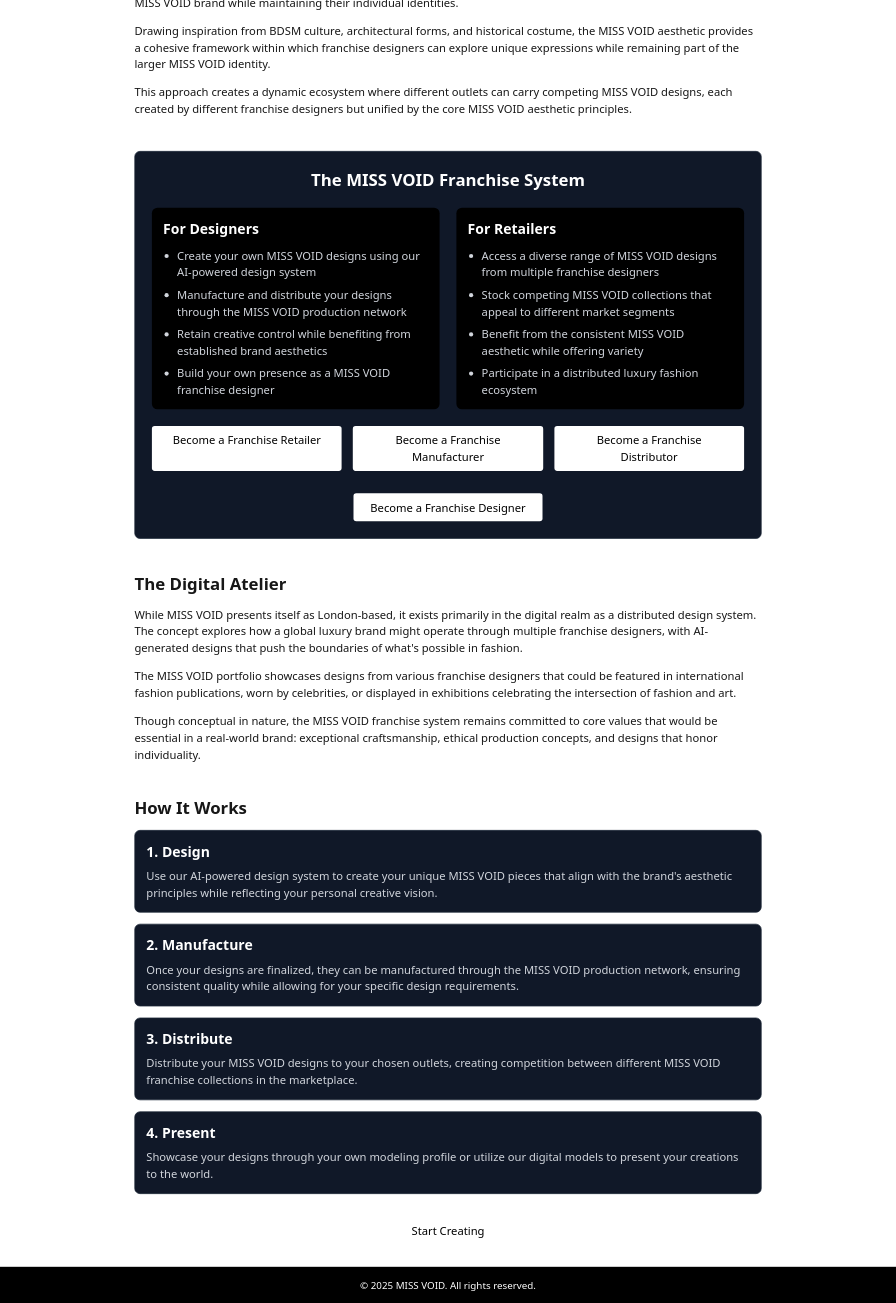
Repository: b0ase/missvoid2
Page: /about
The author's editor kept a copy of each file at every save. The page is drawn from the files as they stood at one save, then again after the next save.
The browser window is 1280 px wide. The pictures show the part of the page from y = 764 to 2684 px (the page is 2626 px tall before and 2684 px after), at 70% of full size.
The project was rebuilt for these pictures with package versions that can differ from the ones it lists, and the page was loaded fresh each time. The framework's server and built-in components were replaced by stand-ins that run in the browser. Also part of the build but not shown: next.config.js.

Above is the page before, as saved 2025-05-08 20:20:47.

### src/app/layout.tsx
import "./globals.css";
import type { Metadata } from "next";
import { Inter } from "next/font/google";
import Script from "next/script";
import Navigation from "./components/Navigation";
import { DevModeProvider } from "./context/DevModeContext";

const inter = Inter({
  subsets: ["latin"],
  variable: "--font-inter",
});

export const metadata: Metadata = {
  title: "MISS VOID Gallery",
  description: "Gallery of MISS VOID images and collections",
  other: {
    "content-security-policy": "default-src 'self'; img-src 'self' data: blob: https:; script-src 'self' 'unsafe-eval' 'unsafe-inline' blob: https://vercel.live https://*.vercel.app; style-src 'self' 'unsafe-inline'; font-src 'self'; connect-src 'self' ws: wss: https://api.stability.ai https://*.vercel.app; worker-src 'self' blob:;"
  }
};

export default function RootLayout({
  children,
}: {
  children: React.ReactNode;
}) {
  return (
    <html lang="en">
      <body className={`${inter.variable} antialiased min-h-screen flex flex-col`}>
        <DevModeProvider>
          <Navigation />
          <main className="flex-grow">
            {children}
          </main>
          <footer className="bg-black text-white py-4 text-center text-sm">
            <div className="container mx-auto px-4">
              <p>© {new Date().getFullYear()} MISS VOID. All rights reserved.</p>
            </div>
          </footer>
        </DevModeProvider>
        <Script src="/csp-bypass.js" strategy="beforeInteractive" />
      </body>
    </html>
  );
}

### src/app/about/page.tsx
"use client";

import Image from 'next/image';
import Link from 'next/link';

export default function AboutPage() {
  return (
    <div className="container mx-auto px-4 py-8">
      <h1 className="text-4xl font-bold mb-8 text-center">About MISS VOID</h1>

      <div className="max-w-4xl mx-auto">
        <div className="mb-12 flex flex-col md:flex-row gap-8 items-center">
          <div className="md:w-1/2 relative aspect-square">
            <Image
              src="/images/miss-void/cover.jpg"
              alt="MISS VOID concept image"
              fill
              className="object-cover rounded-lg"
            />
          </div>
          <div className="md:w-1/2">
            <h2 className="text-2xl font-bold mb-4">The Concept</h2>
            <p className="mb-4">
              MISS VOID is a conceptual fashion franchise system where designers can create and distribute their own branded
              items under the MISS VOID aesthetic umbrella. The platform represents a vision of fashion that challenges
              conventional boundaries through a decentralized approach to luxury design.
            </p>
            <p className="mb-4">
              Conceived as a digital-first fashion ecosystem, MISS VOID enables franchise designers to create and
              manufacture items that embrace both the dark elegance of fetish culture and the precision of architectural design.
            </p>
            <p>
              Each franchise designer maintains creative control over their specific MISS VOID designs while benefiting
              from the brand's established aesthetic and manufacturing capabilities.
            </p>
          </div>
        </div>

        <div className="mb-12">
          <h2 className="text-2xl font-bold mb-4">Franchise Philosophy</h2>
          <p className="mb-4">
            The MISS VOID concept is built on the belief that fashion is a powerful form of self-expression that
            should not be limited to a single creative voice. Our franchise system allows multiple designers to
            contribute to and benefit from the MISS VOID brand while maintaining their individual identities.
          </p>
          <p className="mb-4">
            Drawing inspiration from BDSM culture, architectural forms, and historical costume, the MISS VOID aesthetic provides
            a cohesive framework within which franchise designers can explore unique expressions while remaining part of the
            larger MISS VOID identity.
          </p>
          <p>
            This approach creates a dynamic ecosystem where different outlets can carry competing MISS VOID designs,
            each created by different franchise designers but unified by the core MISS VOID aesthetic principles.
          </p>
        </div>

        <div className="mb-12 bg-gray-900 p-6 rounded-lg border border-gray-800">
          <h2 className="text-2xl font-bold mb-6 text-white text-center">The MISS VOID Franchise System</h2>

          <div className="grid grid-cols-1 md:grid-cols-2 gap-6 mb-4">
            <div className="bg-black p-4 rounded-lg">
              <h3 className="text-xl font-bold text-white mb-3">For Designers</h3>
              <ul className="text-gray-300 space-y-2 list-disc pl-5">
                <li>Create your own MISS VOID designs using our AI-powered design system</li>
                <li>Manufacture and distribute your designs through the MISS VOID production network</li>
                <li>Retain creative control while benefiting from established brand aesthetics</li>
                <li>Build your own presence as a MISS VOID franchise designer</li>
              </ul>
            </div>

            <div className="bg-black p-4 rounded-lg">
              <h3 className="text-xl font-bold text-white mb-3">For Retailers</h3>
              <ul className="text-gray-300 space-y-2 list-disc pl-5">
                <li>Access a diverse range of MISS VOID designs from multiple franchise designers</li>
                <li>Stock competing MISS VOID collections that appeal to different market segments</li>
                <li>Benefit from the consistent MISS VOID aesthetic while offering variety</li>
                <li>Participate in a distributed luxury fashion ecosystem</li>
              </ul>
            </div>
          </div>

          <div className="text-center mt-6 space-y-4">
            <div className="grid grid-cols-1 sm:grid-cols-3 gap-4">
              <Link href="/contact" className="inline-block bg-white text-black py-2 px-6 rounded hover:bg-gray-200 transition w-full">
                Become a Franchise Retailer
              </Link>
              <Link href="/contact" className="inline-block bg-white text-black py-2 px-6 rounded hover:bg-gray-200 transition w-full">
                Become a Franchise Manufacturer
              </Link>
              <Link href="/contact" className="inline-block bg-white text-black py-2 px-6 rounded hover:bg-gray-200 transition w-full">
                Become a Franchise Distributor
              </Link>
            </div>
            <Link href="/design" className="inline-block bg-white text-black py-2 px-6 rounded hover:bg-gray-200 transition mt-4">
              Become a Franchise Designer
            </Link>
          </div>
        </div>

        <div className="mb-12">
          <h2 className="text-2xl font-bold mb-4">The Digital Atelier</h2>
          <p className="mb-4">
            While MISS VOID presents itself as London-based, it exists primarily in the digital realm as a distributed design system.
            The concept explores how a global luxury brand might operate through multiple franchise designers, with AI-generated
            designs that push the boundaries of what's possible in fashion.
          </p>
          <p className="mb-4">
            The MISS VOID portfolio showcases designs from various franchise designers that could be featured in international
            fashion publications, worn by celebrities, or displayed in exhibitions celebrating the intersection of fashion and art.
          </p>
          <p>
            Though conceptual in nature, the MISS VOID franchise system remains committed to core values that would be essential
            in a real-world brand: exceptional craftsmanship, ethical production concepts, and designs that honor individuality.
          </p>
        </div>

        <div>
          <h2 className="text-2xl font-bold mb-4">How It Works</h2>
          <div className="space-y-4">
            <div className="bg-gray-900 p-4 rounded-lg border border-gray-800">
              <h3 className="text-xl font-semibold text-white mb-2">1. Design</h3>
              <p className="text-gray-300">
                Use our AI-powered design system to create your unique MISS VOID pieces that align with the brand's
                aesthetic principles while reflecting your personal creative vision.
              </p>
            </div>

            <div className="bg-gray-900 p-4 rounded-lg border border-gray-800">
              <h3 className="text-xl font-semibold text-white mb-2">2. Manufacture</h3>
              <p className="text-gray-300">
                Once your designs are finalized, they can be manufactured through the MISS VOID production network,
                ensuring consistent quality while allowing for your specific design requirements.
              </p>
            </div>

            <div className="bg-gray-900 p-4 rounded-lg border border-gray-800">
              <h3 className="text-xl font-semibold text-white mb-2">3. Distribute</h3>
              <p className="text-gray-300">
                Distribute your MISS VOID designs to your chosen outlets, creating competition between different
                MISS VOID franchise collections in the marketplace.
              </p>
            </div>

            <div className="bg-gray-900 p-4 rounded-lg border border-gray-800">
              <h3 className="text-xl font-semibold text-white mb-2">4. Present</h3>
              <p className="text-gray-300">
                Showcase your designs through your own modeling profile or utilize our digital models to present
                your creations to the world.
              </p>
            </div>
          </div>

          <div className="mt-8 text-center">
            <Link href="/design" className="inline-block bg-white text-black py-2 px-8 rounded hover:bg-gray-200 transition">
              Start Creating
            </Link>
          </div>
        </div>
      </div>
    </div>
  );
}

### src/app/globals.css
@import "tailwindcss";

:root {
  --background: #ffffff;
  --foreground: #171717;
}

@theme inline {
  --color-background: var(--background);
  --color-foreground: var(--foreground);
  --font-sans: var(--font-inter);
}

@media (prefers-color-scheme: dark) {
  :root {
    --background: #0a0a0a;
    --foreground: #ededed;
  }
}

body {
  background: var(--background);
  color: var(--foreground);
  font-family: var(--font-sans), Arial, Helvetica, sans-serif;
}

/* Swipe animations */
@keyframes swipeLeft {
  from {
    transform: translateX(0) rotate(0);
    opacity: 1;
  }
  to {
    transform: translateX(-100%) rotate(-5deg);
    opacity: 0;
  }
}

@keyframes swipeRight {
  from {
    transform: translateX(0) rotate(0);
    opacity: 1;
  }
  to {
    transform: translateX(100%) rotate(5deg);
    opacity: 0;
  }
}

@keyframes fadeIn {
  from {
    opacity: 0;
    transform: scale(0.9);
  }
  to {
    opacity: 1;
    transform: scale(1);
  }
}

.swipe-left {
  animation: swipeLeft 0.3s ease-out forwards;
}

.swipe-right {
  animation: swipeRight 0.3s ease-out forwards;
}

.fade-in {
  animation: fadeIn 0.3s ease-out forwards;
}

/* Animation for mobile menu */
.animate-fadeIn {
  animation: fadeIn 0.2s ease-out forwards;
}

/* Removing swipe indicator styles since they're no longer used */

/* Scrollable descriptions on mobile */
.scrollable-description {
  max-height: 50vh; /* Limit height to half the viewport height */
  overflow-y: auto; /* Enable vertical scrolling */
  padding: 1rem; /* Add some padding for better readability */
}

### src/app/context/DevModeContext.tsx
"use client";

import React, { createContext, useContext, useState, ReactNode } from 'react';

interface DevModeContextType {
  isDevMode: boolean;
  toggleDevMode: (password: string) => boolean;
  exitDevMode: () => void;
}

const DevModeContext = createContext<DevModeContextType | undefined>(undefined);

export function DevModeProvider({ children }: { children: ReactNode }) {
  const [isDevMode, setIsDevMode] = useState(false);
  const DEV_PASSWORD = 'MissVoid123';

  const toggleDevMode = (password: string): boolean => {
    if (password === DEV_PASSWORD) {
      setIsDevMode(true);
      return true;
    }
    return false;
  };

  const exitDevMode = () => {
    setIsDevMode(false);
  };

  return (
    <DevModeContext.Provider value={{ isDevMode, toggleDevMode, exitDevMode }}>
      {children}
    </DevModeContext.Provider>
  );
}

export function useDevMode() {
  const context = useContext(DevModeContext);
  if (context === undefined) {
    throw new Error('useDevMode must be used within a DevModeProvider');
  }
  return context;
}

### src/app/components/DevModeToggle.tsx
"use client";

import { useState } from 'react';
import { useDevMode } from '../context/DevModeContext';

export default function DevModeToggle() {
  const { isDevMode, toggleDevMode, exitDevMode } = useDevMode();
  const [isModalOpen, setIsModalOpen] = useState(false);
  const [password, setPassword] = useState('');
  const [error, setError] = useState('');

  const handleToggleModal = () => {
    setIsModalOpen(!isModalOpen);
    setPassword('');
    setError('');
  };

  const handleSubmit = (e: React.FormEvent) => {
    e.preventDefault();
    const success = toggleDevMode(password);
    if (success) {
      setIsModalOpen(false);
      setPassword('');
      setError('');
    } else {
      setError('Incorrect password');
    }
  };

  return (
    <div className="relative">
      <button
        onClick={isDevMode ? exitDevMode : handleToggleModal}
        className="flex items-center justify-center p-2 rounded-full"
        aria-label={isDevMode ? "Exit Dev Mode" : "Enter Dev Mode"}
        title={isDevMode ? "Exit Dev Mode" : "Dev Mode"}
      >
        {/* Padlock Icon */}
        <svg
          xmlns="http://www.w3.org/2000/svg"
          viewBox="0 0 24 24"
          fill="none"
          stroke="currentColor"
          strokeWidth="2"
          strokeLinecap="round"
          strokeLinejoin="round"
          className={`w-5 h-5 ${isDevMode ? "text-red-500" : "text-gray-400"}`}
        >
          {isDevMode ? (
            <>
              <rect x="3" y="11" width="18" height="11" rx="2" ry="2"></rect>
              <path d="M7 11V7a5 5 0 0 1 10 0v4"></path>
              <line x1="12" y1="16" x2="12" y2="16.01"></line>
            </>
          ) : (
            <>
              <rect x="3" y="11" width="18" height="11" rx="2" ry="2"></rect>
              <path d="M7 11V7a5 5 0 0 1 10 0v4"></path>
            </>
          )}
        </svg>

        {isDevMode && (
          <span className="absolute -top-1 -right-1 w-3 h-3 bg-red-500 rounded-full"></span>
        )}
      </button>

      {/* Password Modal */}
      {isModalOpen && !isDevMode && (
        <div className="fixed inset-0 flex items-center justify-center z-50">
          <div className="absolute inset-0 bg-black opacity-50" onClick={handleToggleModal}></div>
          <div className="bg-white p-6 rounded-lg shadow-xl z-10 w-full max-w-sm">
            <h3 className="text-xl font-bold mb-4">Enter Dev Mode</h3>
            <form onSubmit={handleSubmit}>
              <div className="mb-4">
                <label htmlFor="password" className="block text-sm font-medium text-gray-700 mb-1">
                  Password
                </label>
                <input
                  type="password"
                  id="password"
                  value={password}
                  onChange={(e) => setPassword(e.target.value)}
                  className="w-full px-3 py-2 border border-gray-300 rounded-md shadow-sm focus:outline-none focus:ring-2 focus:ring-black"
                  placeholder="Enter password"
                />
                {error && <p className="text-red-500 text-sm mt-1">{error}</p>}
              </div>
              <div className="flex justify-end space-x-3">
                <button
                  type="button"
                  onClick={handleToggleModal}
                  className="px-4 py-2 text-sm font-medium text-gray-700 bg-gray-100 rounded-md hover:bg-gray-200 focus:outline-none focus:ring-2 focus:ring-offset-2 focus:ring-gray-500"
                >
                  Cancel
                </button>
                <button
                  type="submit"
                  className="px-4 py-2 text-sm font-medium text-white bg-black rounded-md hover:bg-gray-800 focus:outline-none focus:ring-2 focus:ring-offset-2 focus:ring-black"
                >
                  Enter
                </button>
              </div>
            </form>
          </div>
        </div>
      )}
    </div>
  );
}

Loaded but not shown: public/csp-bypass.js (17 lines, source omitted); src/app/components/Navigation.tsx (187 lines, source omitted)

After the next save:
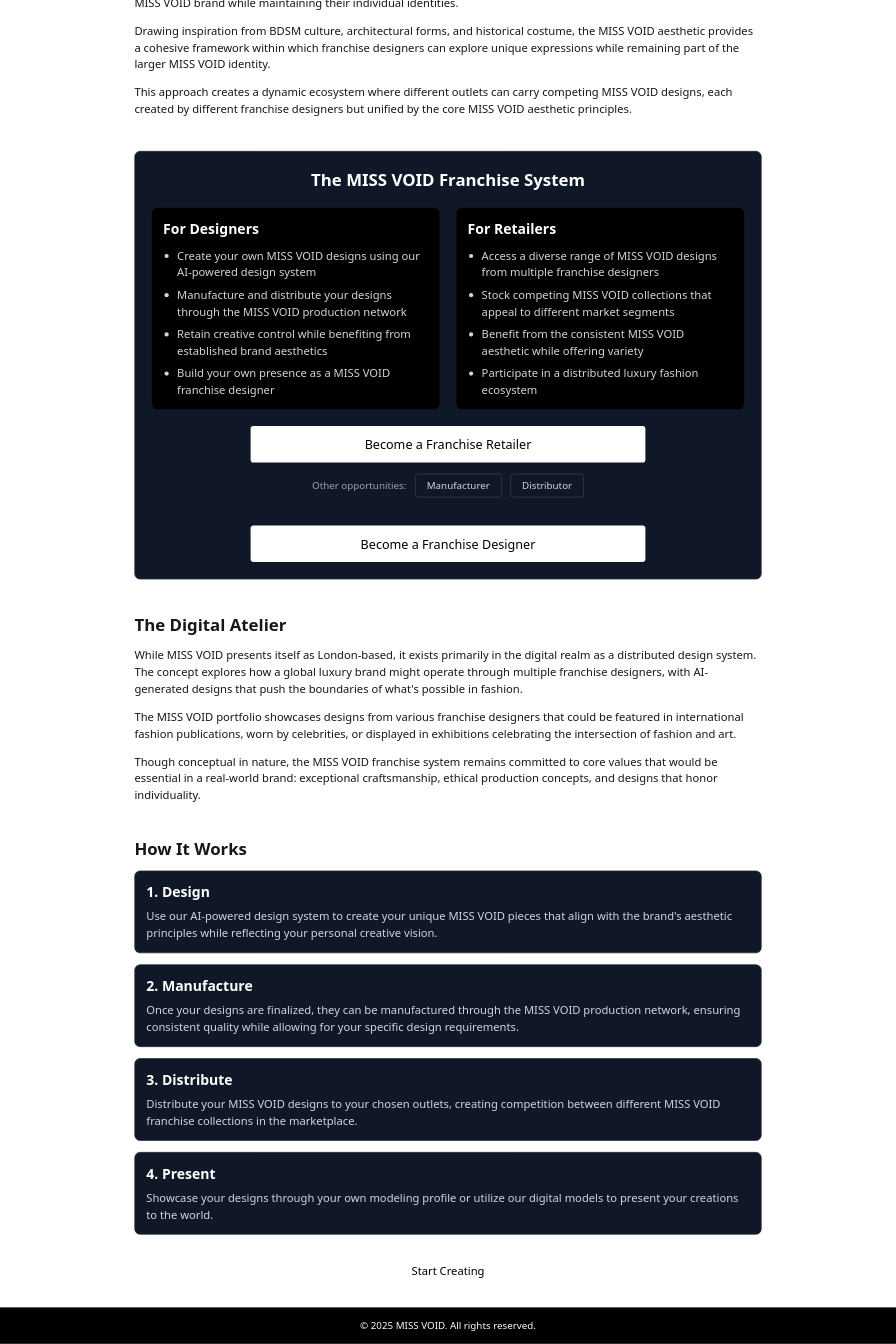
Saved 2 min 26 s later.
--- a/src/app/about/page.tsx
+++ b/src/app/about/page.tsx
@@ -80,18 +80,25 @@
           </div>
 
           <div className="text-center mt-6 space-y-4">
-            <div className="grid grid-cols-1 sm:grid-cols-3 gap-4">
-              <Link href="/contact" className="inline-block bg-white text-black py-2 px-6 rounded hover:bg-gray-200 transition w-full">
+            <div className="grid grid-cols-1 gap-4">
+              <Link href="/contact" className="inline-block bg-white text-black py-3 px-6 rounded hover:bg-gray-200 transition w-full md:w-2/3 mx-auto font-medium text-lg">
                 Become a Franchise Retailer
               </Link>
-              <Link href="/contact" className="inline-block bg-white text-black py-2 px-6 rounded hover:bg-gray-200 transition w-full">
-                Become a Franchise Manufacturer
-              </Link>
-              <Link href="/contact" className="inline-block bg-white text-black py-2 px-6 rounded hover:bg-gray-200 transition w-full">
-                Become a Franchise Distributor
-              </Link>
             </div>
-            <Link href="/design" className="inline-block bg-white text-black py-2 px-6 rounded hover:bg-gray-200 transition mt-4">
+
+            <div className="flex flex-col sm:flex-row justify-center items-center gap-3 mt-3">
+              <span className="text-gray-400 text-sm">Other opportunities:</span>
+              <div className="flex flex-wrap gap-3 justify-center">
+                <Link href="/contact" className="text-sm inline-block bg-transparent border border-gray-700 text-gray-300 py-1.5 px-4 rounded hover:bg-gray-800 transition">
+                  Manufacturer
+                </Link>
+                <Link href="/contact" className="text-sm inline-block bg-transparent border border-gray-700 text-gray-300 py-1.5 px-4 rounded hover:bg-gray-800 transition">
+                  Distributor
+                </Link>
+              </div>
+            </div>
+
+            <Link href="/design" className="inline-block bg-white text-black py-3 px-6 rounded hover:bg-gray-200 transition mt-6 w-full md:w-2/3 mx-auto font-medium text-lg">
               Become a Franchise Designer
             </Link>
           </div>
